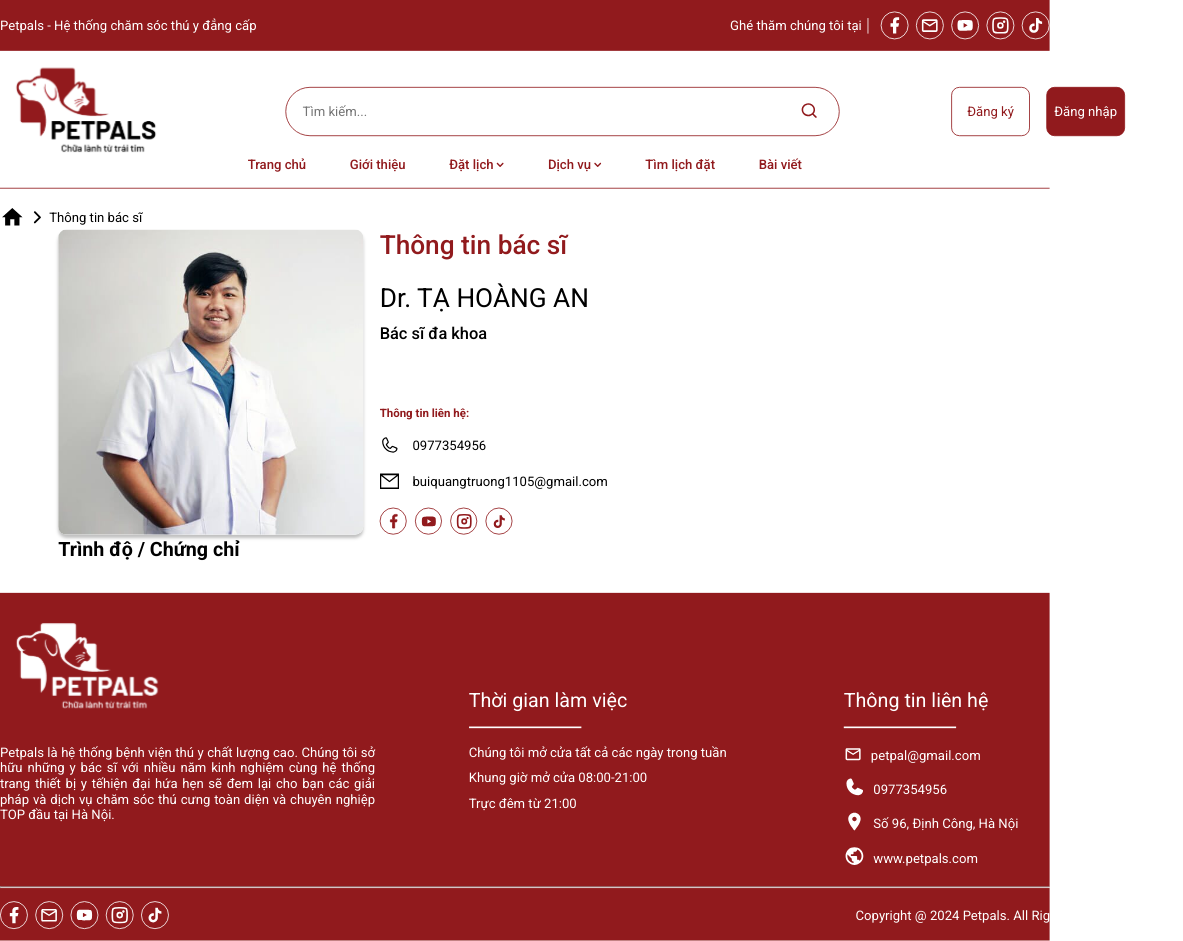
Repository: ahntrung1909/Petpals
Page: /chi-tiet-bac-si (app in petpals-user-main/)
These files come from the project's save history. The page is drawn as it stood at one moment and after the next save; the edit follows.
The browser window is 1280 px wide. The page is 1443 px wide, so the pictures cover 1443 px, including what lies to the right of the window. The pictures show the whole page, at 82% of full size.
The project was rebuilt for these pictures with package versions that can differ from the ones it lists, and the page was loaded fresh each time. The framework's server and built-in components were replaced by stand-ins that run in the browser. Also part of the build but not shown: petpals-user-main/next.config.js, petpals-user-main/next.config.mjs.

Above is the page before, as saved 2024-04-14 13:24:37.

### petpals-user-main/src/app/layout.js
import { Footer } from "@/components/Footer/Footer";
import "./global.scss";
import { Header } from "@/components/Header/Header";
import { ToastContainer } from "react-toastify";
import "react-toastify/dist/ReactToastify.css";
import { Button, ConfigProvider, Space } from "antd";

export const metadata = {
  title: "Petpals - Chữa lành từ trái tim",
  description: "Petpals",
};

export default function RootLayout({ children }) {
  return (
    <html lang="en">
      <body>
        <Header />
        <ToastContainer />
        <ConfigProvider
          theme={{
            token: {
              colorPrimary: "#911A1D",
              fontFamily: "Roboto",
            },
            components: {
              DatePicker: {
                inputFontSize: 16,
              },
              Menu: {
                itemBg: "transparent",
                subMenuItemBg: "transparent",
                activeBarBorderWidth: 0,
                itemSelectedBg: "rgba(145, 26, 29, 0.05)",
                itemBorderRadius: 0,
              },
            },
          }}
        >
          {children}
        </ConfigProvider>
        <Footer />
      </body>
    </html>
  );
}

### petpals-user-main/src/app/chi-tiet-bac-si/page.js
import React from "react";
import "./style.scss";

export default function page() {
  return (
    <main>
      <div className="breadcrumb">
        <img src="/icon/ic_baseline-home.svg" alt="" />
        <img src="/icon/iconamoon_arrow-right-2.svg" alt="" />
        <p>Thông tin bác sĩ</p>
      </div>
      <section className="doctor-information-section">
        <div className="information-wrapper">
          <div className="doctor-img">
            <img src="/img/doctor/hoang_an.jpg" alt="" />
          </div>
          <div className="col-right">
            <div className="information">
              <h3>Thông tin bác sĩ</h3>
              <p className="doctor-name">Dr. TẠ HOÀNG AN</p>
              <p className="doctor-position">Bác sĩ đa khoa</p>
            </div>
            <div className="contact-info">
              <h4>Thông tin liên hệ:</h4>
              <div className="contact-item">
                <img src="/icon/ph_phone.svg" alt="" />
                <p>0977354956</p>
              </div>
              <div className="contact-item">
                <img src="/icon/MailOutlined.svg" alt="" />
                <p>buiquangtruong1105@gmail.com</p>
              </div>
              <div className="social-media">
                <div className="social-media-icon">
                  <img src="/icon/ri_facebook-fill-brown.svg" alt="" />
                </div>
                <div className="social-media-icon">
                  <img src="/icon/mdi_youtube-brown.svg" alt="" />
                </div>
                <div className="social-media-icon">
                  <img src="/icon/lets-icons_insta-brown.svg" alt="" />
                </div>
                <div className="social-media-icon">
                  <img src="/icon/ic_baseline-tiktok-brown.svg" alt="" />
                </div>
              </div>
            </div>
          </div>
        </div>
        <div className="degree-wrapper">
          <h2>Trình độ / Chứng chỉ</h2>
          <div className="table">
            <div className="row">
              <div className="col">2006</div>
              <div className="col">2006</div>
            </div>
          </div>
        </div>
      </section>
    </main>
  );
}

### petpals-user-main/src/components/Footer/Footer.js
import { Socialicon } from "../Socialicon/Socialicon";
import "./style.scss";
export const Footer = () => {
  return (
    <footer>
      <div className="row row-1">
        <div className="logo">
          <img src="/img/logo_am_ban.svg" alt="" />
        </div>
        <div className="working-time">Thời gian làm việc</div>
        <div className=" contact-info">Thông tin liên hệ</div>
      </div>
      <div className="row">
        <div className="about">
          Petpals là hệ thống bệnh viện thú y chất lượng cao. Chúng tôi sở hữu
          những y bác sĩ với nhiều năm kinh nghiệm cùng hệ thống trang thiết bị
          y tếhiện đại hứa hẹn sẽ đem lại cho bạn các giải pháp và dịch vụ chăm
          sóc thú cưng toàn diện và chuyên nghiệp TOP đầu tại Hà Nội.
        </div>
        <ul className="working-time-more">
          <li>Chúng tôi mở cửa tất cả các ngày trong tuần</li>
          <li>Khung giờ mở cửa 08:00-21:00</li>
          <li>Trực đêm từ 21:00</li>
        </ul>
        <ul className="contact-info-more">
          <li className="contact-item">
            <span>
              <img src="/icon/material-symbols_mail-outline.svg" alt="" />
            </span>
            petpal@gmail.com
          </li>
          <li className="contact-item">
            <span>
              <img src="/icon/ph_phone-fill.svg" alt="" />
            </span>
            0977354956
          </li>
          <li className="contact-item">
            <span>
              <img src="/icon/mdi_location.svg" alt="" />
            </span>
            Số 96, Định Công, Hà Nội
          </li>
          <li className="contact-item">
            <span>
              <img src="/icon/mdi_earth.svg" alt="" />
            </span>
            www.petpals.com
          </li>
        </ul>
      </div>
      <hr />
      <div className="footer-bottom">
        <Socialicon />
        <div>Copyright @ 2024 Petpals. All Rights Reverved</div>
      </div>
    </footer>
  );
};

### petpals-user-main/src/app/global.scss
@import url("https://fonts.googleapis.com/css2?family=Roboto:ital,wght@0,100;0,300;0,400;0,500;0,700;0,900;1,100;1,300;1,400;1,500;1,700;1,900&display=swap");
@import "../style/variable";
* {
  padding: 0;
  margin: 0;
  box-sizing: border-box;
}
body {
  font-family: "Roboto", sans-serif;
  font-size: 16px;
}
a {
  text-decoration: none;
  color: black;
}
ul,
li {
  list-style: none;
}
input,
textarea {
  width: 100%;
  border: none;
  outline: none;
  font-family: "Roboto", sans-serif;
  font-size: 16px;
}
img {
  width: 100%;
}
button {
  font-family: "Roboto", sans-serif;
  font-size: 16px;
}
label {
  font-family: "Roboto", sans-serif;
  font-size: 16px;
}

// custom scroll bar
::-webkit-scrollbar-track {
  background-color: #f5f5f5;
}

::-webkit-scrollbar {
  width: 6px;
  height: 6px;
  background-color: #f5f5f5;
}

::-webkit-scrollbar-thumb {
  background-image: linear-gradient($BROWN_500, $RED_500);
  // border-radius: 10px;
}
::-webkit-scrollbar-thumb:horizontal {
  background-image: linear-gradient(to right, $BROWN_500, $RED_500);
  // border-radius: 10px;
}

### petpals-user-main/src/app/chi-tiet-bac-si/style.scss
@import "../../style/variable";
@import "../../style/base";

.doctor-information-section {
  width: 1138px;
  margin: 0 auto;
}
.information-wrapper {
  display: flex;
  gap: 20px;
  .doctor-img {
    img {
      width: 372px;
      height: 372px;
      border-radius: 10px;
      object-fit: cover;
      box-shadow: 0 4px 4px rgba(0, 0, 0, 0.25);
    }
  }
  .col-right {
    height: 372px;
    display: flex;
    flex-direction: column;
    justify-content: space-between;
    .information {
      h3 {
        color: $BROWN_500;
        font-size: 32px;
        font-weight: 500;
        margin-bottom: 26px;
      }
      .doctor-name {
        font-size: 32px;
        font-weight: 400;
        margin-bottom: 12px;
      }
      .doctor-position {
        font-size: 20px;
        font-weight: 500;
      }
    }
    .contact-info {
      display: flex;
      flex-direction: column;
      gap: 20px;
      padding-bottom: 0;
      &::after {
        display: none;
      }
      h4 {
        font-size: 14px;
        color: $BROWN_500;
      }
      .contact-item {
        img {
          width: 24px;
          height: 24px;
          margin-right: 6px;
        }
        p {
          font-size: 16px;
        }
      }
      .social-media {
        display: flex;
        gap: 10px;
        .social-media-icon {
          width: 33px;
          height: 33px;
          display: flex;
          justify-content: center;
          align-items: center;
          border: 1px solid $BROWN_500;
          border-radius: 50%;
          img {
            width: 22px;
            height: 22px;
          }
        }
      }
    }
  }
}

### petpals-user-main/src/components/Socialicon/Socialicon.js
import "./style.scss";
export const Socialicon = () => {
  return (
    <div className="list-social-icon">
      <div className="icon-item">
        <img src="/icon/ri_facebook-fill.svg" alt="icon-facebook" />
      </div>
      <div className="icon-item">
        <img src="/icon/material-symbols_mail-outline.svg" alt="icon-mail" />
      </div>
      <div className="icon-item">
        <img src="/icon/mdi_youtube.svg" alt="icon-youtube" />
      </div>
      <div className="icon-item">
        <img src="/icon/lets-icons_insta.svg" alt="icon-insta" />
      </div>
      <div className="icon-item">
        <img src="/icon/ic_baseline-tiktok.svg" alt="icon-tiktok" />
      </div>
    </div>
  );
};

### petpals-user-main/src/components/Footer/style.scss
@import "../../style/variable";
footer {
  display: block;
  width: 100vw;
  height: 424px;
  background-color: $BROWN_500;
  padding: 20px 0;
}
.row {
  width: 1372px;
  margin: 0 auto;
  display: grid;
  grid-template-columns: repeat(12, 1fr);
  row-gap: 20px;
  color: white;
  margin-bottom: 20px;
}
.row-1 {
  align-items: flex-end;
}
.logo {
  width: 214px;
  grid-column: 1/5;
}
.working-time {
  grid-column: 6/10;
  position: relative;
  font-size: 24px;
  padding-bottom: 20px;
  &::after {
    content: "";
    width: 137px;
    height: 2px;
    background-color: white;
    position: absolute;
    left: 0;
    bottom: 0;
  }
}
.contact-info {
  position: relative;
  grid-column: 10/13;
  font-size: 24px;
  padding-bottom: 20px;
  &::after {
    content: "";
    width: 137px;
    height: 2px;
    background-color: white;
    position: absolute;
    left: 0;
    bottom: 0;
  }
}
.about {
  grid-column: 1/5;
  text-align: justify;
}
.working-time-more {
  grid-column: 6/10;
  display: flex;
  flex-direction: column;
  gap: 12px;
}
.contact-info-more {
  grid-column: 10/13;
  display: flex;
  flex-direction: column;
  gap: 12px;
}
.contact-item {
  display: flex;
  gap: 10px;
  align-items: center;
}
.footer-bottom {
  width: 1372px;
  margin: 0 auto;
  margin-top: 16px;
  color: white;
  display: flex;
  align-items: center;
  justify-content: space-between;
}

### petpals-user-main/src/style/_variable.scss
$BROWN_50: rgb(244, 232, 232);
$BROWN_100: rgb(221, 184, 185);
$BROWN_200: rgb(204, 150, 151);
$BROWN_300: rgb(181, 102, 104);
$BROWN_400: rgb(167, 72, 74);
$BROWN_500: rgb(145, 26, 29);
$BROWN_600: rgb(132, 24, 26);
$BROWN_700: rgb(103, 18, 21);
$BROWN_800: rgb(80, 14, 16);
$BROWN_900: rgb(61, 11, 12);
$RED_50: rgb(255, 247, 247);
$RED_100: rgb(255, 230, 231);
$RED_200: rgb(255, 217, 219);
$RED_300: rgb(255, 200, 202);
$RED_400: rgb(255, 189, 192);
$RED_500: rgb(255, 173, 176);
$RED_600: rgb(232, 157, 160);
$RED_700: rgb(181, 123, 125);
$RED_800: rgb(140, 95, 97);
$RED_900: rgb(107, 73, 74);
$BROWN_DARK_50: rgb(236, 233, 233);
$BROWN_DARK_100: rgb(195, 186, 186);
$BROWN_DARK_200: rgb(165, 152, 152);
$BROWN_DARK_300: rgb(124, 105, 106);
$BROWN_DARK_400: rgb(99, 76, 77);
$BROWN_DARK_500: rgb(60, 31, 32);
$BROWN_DARK_600: rgb(55, 28, 29);
$BROWN_DARK_700: rgb(43, 22, 23);
$BROWN_DARK_800: rgb(33, 17, 18);
$BROWN_DARK_900: rgba(25, 13, 13, 0.2);

### petpals-user-main/src/components/Header/style.scss
@import "../../style/_variable";

header {
  height: 230px;
  border-bottom: 1px solid $BROWN_500;
}
div:has(.wrap):nth-child(1) {
  background-color: $BROWN_500;
  height: 62px;
  display: flex;
  align-items: center;
}
.wrap {
  width: 1372px;
  margin: 0 auto;
}
.top-header {
  display: flex;
  justify-content: space-between;
  align-items: center;
  color: white;
}
.social-connect {
  display: flex;
  align-items: center;
  gap: 15px;
}
.social-connect > p {
  padding: 0px 7px;
  border-right: 1px solid white;
}
div:has(.wrap):nth-child(2) {
  padding-top: 18px;
}
.main-header {
  display: flex;
  align-items: center;
  justify-content: space-between;
}
.petpals-logo {
  display: block;
  width: 211px;
  height: 111px;
}
.header-main-right {
  display: flex;
  width: 1024px;
  justify-content: space-between;
  align-items: center;
}
.search-input {
  display: flex;
  position: relative;

  input {
    width: 676px;
    height: 60px;
    padding: 0px 60px 0px 20px;
    border: 1px solid $BROWN_500;
    border-radius: 99px;
    display: flex;
    justify-content: center;
    align-items: center;
  }
  .icon-item {
    right: 20px;
    top: 50%;
    transform: translateY(-50%);
    position: absolute;
    cursor: pointer;
  }
}
.btn-group {
  display: flex;
  gap: 20px;
  text-align: center;
  .btn {
    display: flex;
    justify-content: center;
    align-items: center;
    width: 96px;
    height: 60px;
    border: 1px solid $BROWN_500;
    border-radius: 10px;
    color: $BROWN_500;
  }
  .btn:nth-child(1):hover {
    background-color: $BROWN_500;
    color: white;
  }
  .btn:nth-child(2) {
    color: white;
    background-color: $BROWN_500;
    &:hover {
      background-color: $BROWN_300;
    }
  }
}
.nav {
  display: flex;
  align-items: center;
  justify-content: space-between;
  width: 676px;
  margin: 0 auto;
  color: $BROWN_500;
  font-weight: 500;
  z-index: 99;

  &-item {
    display: flex;
    position: relative;
    align-items: center;
    cursor: pointer;
    padding-bottom: 8px;
    &.active > span,
    &.active > a {
      font-weight: 900;
    }
    &:hover .sub-nav:not(.nav-2) {
      display: flex;
    }
    span {
      display: flex;
      justify-content: center;
      align-items: center;
      color: $BROWN_500;
    }
    a {
      display: flex;
      justify-content: center;
      align-items: center;
      color: $BROWN_500;
      width: 100%;
      height: 100%;
    }
    &:hover > a {
      color: $RED_500;
    }
    &:hover > span {
      color: $RED_500;
    }
  }
}
.sub-nav {
  position: absolute;
  z-index: 99;
  top: 100%;
  left: 0;
  border-radius: 10px;
  box-shadow: 0 15px 15px 15px rgba(0, 0, 0, 0.05);
  box-shadow: 0 15px 15px rgba(0, 0, 0, 0.1);
  border: 0.5px solid rgba(0, 0, 0, 0.15);
  background-color: white;
  padding: 8px;
  display: none;
  flex-direction: column;
  gap: 8px;
  &.nav-2 {
    position: absolute;
    top: 0;
    left: 100%;
    transform: translate(8px, -8px);
    display: none;
  }
  &-item {
    position: relative;
    display: flex;
    align-items: center;
    justify-content: space-between;
    &::after {
      content: "";
      width: 8px;
      height: 100%;
      position: absolute;
      top: 0;
      right: -8px;
    }
    &:hover {
      background-color: rgba(0, 0, 0, 0.05);
    }
    &:hover .sub-nav.nav-2 {
      display: flex;
    }
    a {
      width: 100%;
      height: 100%;
      display: flex;
      justify-content: left;
      padding: 12px 16px;
    }
    span {
      padding: 12px 16px;
    }
    &-active > span,
    &-active > a {
      font-weight: 600;
    }
  }
}
.user-login-controller {
  display: flex;
  align-items: center;
  gap: 8px;
  cursor: pointer;
  position: relative;

  &:hover .sub-nav {
    display: flex;
    left: inherit;
    right: 0;
  }
  .user-img {
    width: 56px;
    height: 56px;
    img {
      border-radius: 50%;
    }
  }
}
.icon-bell {
  width: 30px;
  height: 30px;
  position: relative;
  .number-bell {
    position: absolute;
    top: 0;
    right: 0;
    transform: translate(36%, -30%);
    width: 20px;
    height: 20px;
    font-size: 12px;
    font-weight: 500;
    color: white;
    display: flex;
    justify-content: center;
    align-items: center;
    background-color: $RED_500;
    border-radius: 50%;
  }
  .menu-bell {
    display: none;
    position: absolute;
    right: 0;
    bottom: -20px;
    transform: translateY(100%);
    background-color: white;
    width: 554px;
    height: 468px;
    padding: 20px;
    border-radius: 10px;
    z-index: 99;
    box-shadow: 0 0 8px 4px rgba(0, 0, 0, 0.2);
    &.menu-bell-active {
      display: block;
    }
    ::after {
      content: "";
      width: 20px;
      height: 20px;
      background-color: white;
      position: absolute;
      right: 14px;
      top: 0;
      transform: translate(0, -50%);
      rotate: 45deg;
    }
    h3 {
      text-transform: uppercase;
      color: $BROWN_500;
      font-size: 22px;
      margin-bottom: 10px;
    }
    .menu-item {
      display: flex;
      flex-direction: column;
      gap: 10px;
      padding: 8px 0;
      border-bottom: 1px solid rgba(0, 0, 0, 0.25);
      &:hover {
        background-color: $BROWN_50;
      }
      .content {
        font-size: 20px;
      }
      .time {
        font-size: 12px;
      }
      span {
        text-align: left;
        padding: 0 8px;
      }
    }
    .container {
      height: 400px;
      overflow: scroll;
    }
  }
  .overlay {
    display: none;
    position: fixed;
    width: 100vw;
    height: 100vh;
    inset: 0;
    z-index: 20;
    background-color: rgba(0, 0, 0, 0.25);
    cursor: pointer;
    &.overlay-active {
      display: block;
    }
  }
}

### petpals-user-main/src/style/_base.scss
.section-heading {
  width: fit-content;
  margin: 60px auto;
  color: $BROWN_500;
  position: relative;
  font-size: 24px;
  font-weight: 800;
  text-transform: uppercase;
  &::after {
    content: "";
    width: 80%;
    height: 3px;
    position: absolute;
    bottom: -16px;
    left: 50%;
    transform: translateX(-50%);
    background-color: $BROWN_500;
  }
}
.breadcrumb {
  width: 1372px;
  margin: 0 auto;
  display: flex;
  align-items: center;
  padding-top: 20px;
  img {
    width: 30px;
    height: 30px;
  }
}

### petpals-user-main/src/components/Socialicon/style.scss
.list-social-icon {
  display: flex;
  gap: 9px;
}
.icon-item {
  width: 34px;
  height: 34px;
  border: 1px solid white;
  padding: 4px;
  border-radius: 99px;
  display: flex;
  justify-content: center;
  align-items: center;
}

Loaded but not shown: petpals-user-main/src/components/Header/Header.js (334 lines, source omitted)

After the next save:
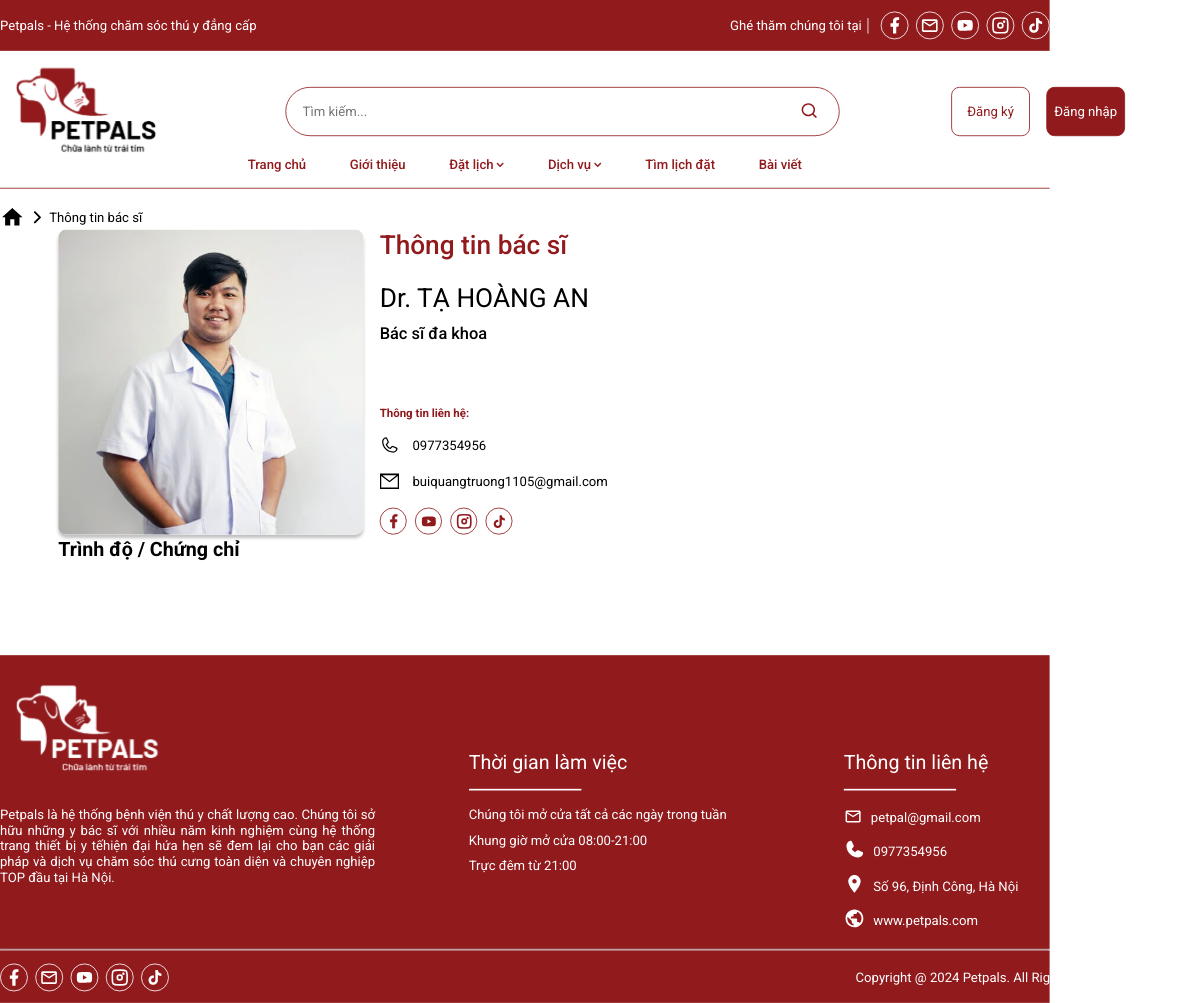
Saved 9 s later.
--- a/petpals-user-main/src/app/chi-tiet-bac-si/page.js
+++ b/petpals-user-main/src/app/chi-tiet-bac-si/page.js
@@ -52,7 +52,9 @@
           <div className="table">
             <div className="row">
               <div className="col">2006</div>
-              <div className="col">2006</div>
+              <div className="col">
+                Cử nhân Bác sĩ Thú y (D.V.M), Đại học Chulalongkorn 2006
+              </div>
             </div>
           </div>
         </div>

After the 4 saves that followed:
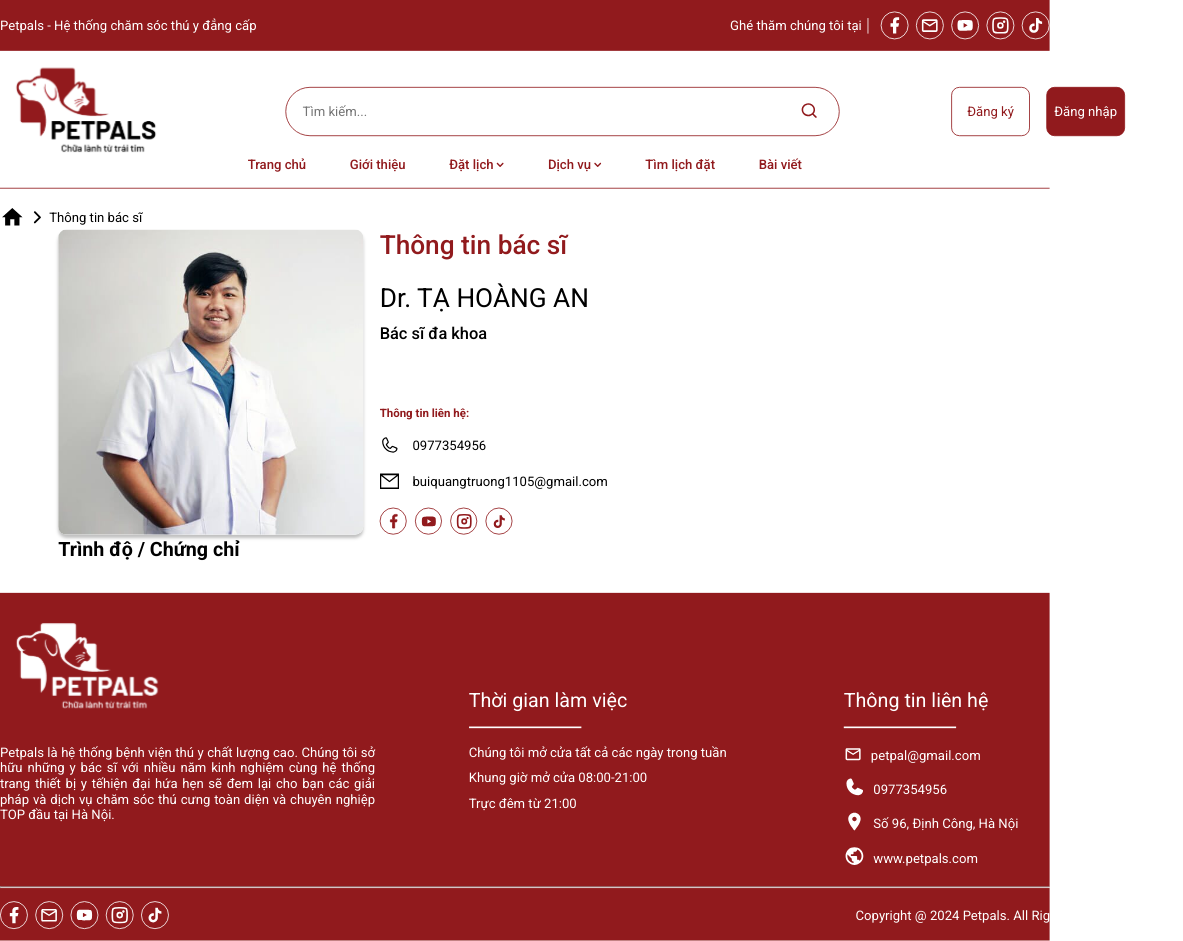
The 4 saves are shown as one change because 3 left the picture as it was.
The last was saved 94 s later.
--- a/petpals-user-main/src/app/chi-tiet-bac-si/page.js
+++ b/petpals-user-main/src/app/chi-tiet-bac-si/page.js
@@ -50,7 +50,7 @@
         <div className="degree-wrapper">
           <h2>Trình độ / Chứng chỉ</h2>
           <div className="table">
-            <div className="row">
+            <div className="row row-brown">
               <div className="col">2006</div>
               <div className="col">
                 Cử nhân Bác sĩ Thú y (D.V.M), Đại học Chulalongkorn 2006
--- a/petpals-user-main/src/app/chi-tiet-bac-si/style.scss
+++ b/petpals-user-main/src/app/chi-tiet-bac-si/style.scss
@@ -81,3 +81,8 @@
     }
   }
 }
+.degree-wrapper {
+  .row {
+    display: flex;
+  }
+}
